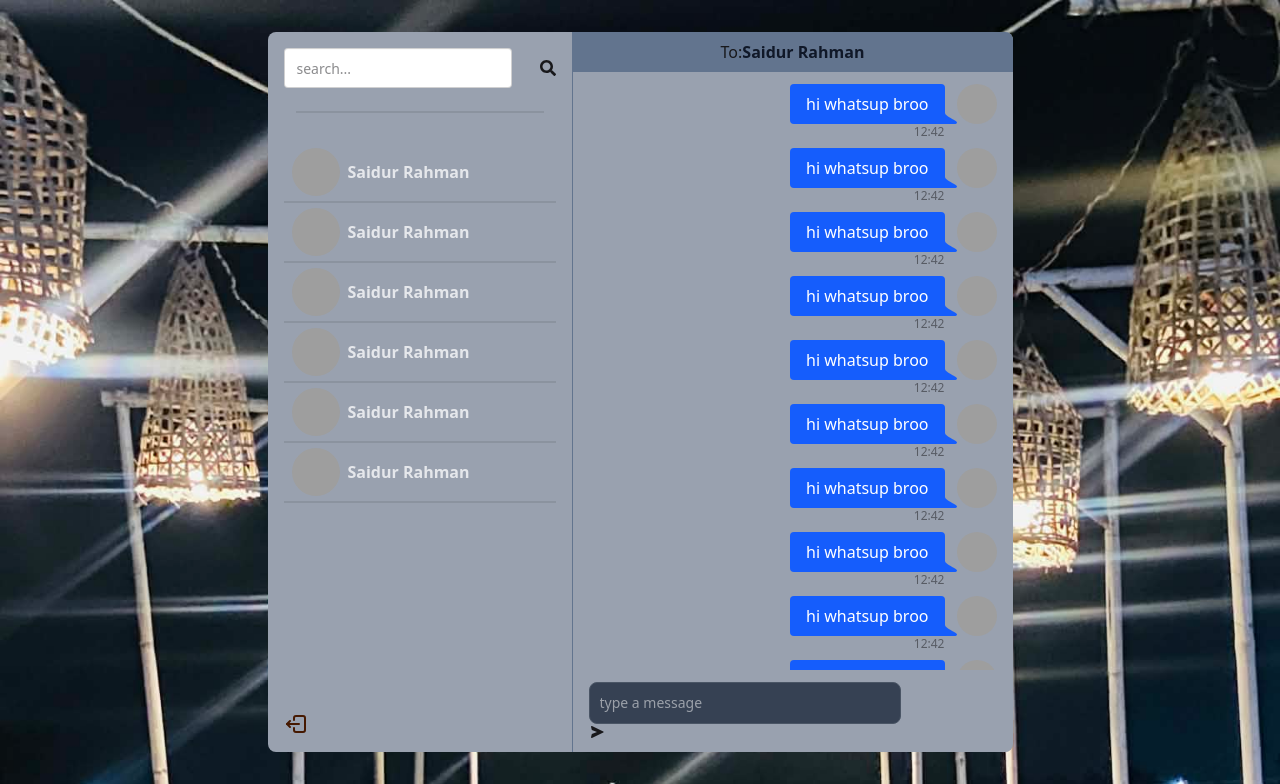
Repository: ridhukhan/chatapp
Page: / (app in frontend/)
These files come from the project's save history. The page is drawn as it stood at one moment and after the next save; the edit follows.
The browser window is 1280 px wide. The pictures show the whole page.
Pictures or frames that could not be fetched are drawn as grey boxes. An inner scrolling area shows only its first screen. Backgrounds fixed to the window are drawn as part of the page. The project was rebuilt for these pictures with package versions that can differ from the ones it lists, and the page was loaded fresh each time. Also part of the build but not shown: frontend/vite.config.js, frontend/src/Pages/login/Login.jsx, frontend/src/Pages/signup/GendarCheckbox.jsx, frontend/src/Pages/signup/SignUp.jsx.

Above is the page before, as saved 2025-12-25 19:16:10.

### frontend/src/index.css
@import "tailwindcss";
@plugin "daisyui";


body{

background-image: url("/bg1.jpeg");
background-repeat: no-repeat;
background-size: cover;
background-position: center;
background-attachment: fixed;
}

### frontend/src/App.jsx

import './App.css'
import Home from './Pages/home/Home'
import Login from './Pages/login/Login'
import SignUp from './Pages/signup/SignUp'

function App() {

  return (
    <div className='p-4 h-screen flex items-center justify-center'>
<Home/>
    </div>
  )
}

export default App

### frontend/src/Pages/home/Home.jsx
import React from 'react'
import Sidebar from '../../Components/sidebar/Sidebar'
import MessageContainer from '../../Components/messages/MessageContainer'

const Home = () => {
  return (
    <div className='bg-gray-400 bg-clip-padding backdrop-filter backdrop-blur-lg bg-opacity-o  flex  rounded-lg overflow-hidden'>




      <Sidebar/>
      <MessageContainer/>
    </div>
  )
}

export default Home

### frontend/src/Components/sidebar/Sidebar.jsx
import React from 'react'
import SearchInput from './SearchInput'
import Conversations from './Conversations'
import Logoutbtn from './Logoutbtn'

const Sidebar = () => {
  return (
    <div className='border-r border-slate-500 p-4 flex flex-col'>
<SearchInput/>
<div  className='divider px-3'></div>
<Conversations/>


<Logoutbtn/>
    </div>
  )
}

export default Sidebar

### frontend/src/Components/messages/MessageContainer.jsx
import React from 'react'
import Messages from './Messages'
import MessageInput from './MessageInput'

const MessageContainer = () => {
  return (
    <div className='md:min-w-110 flex flex-col  h-screen'>


        <>
        <div className='bg-slate-500 px-4 py-2 mb-2'>
            <span className='label-text'>To:</span>
            <span className='text-gray-900 font-bold'>Saidur Rahman</span>
        </div>
        <Messages/>
        <MessageInput/>
        </>
    </div>
  )
}

export default MessageContainer

### frontend/src/Components/sidebar/SearchInput.jsx
import React from 'react'
import { FaSearch } from "react-icons/fa";
const SearchInput = () => {
  return (
    <form className='flex items-center gap-2'>
<input type='text' placeholder='search...' className='input input-bordered rouunded-full'/>
<button type="submit" className='ml-5 btn-circle'><FaSearch /></button>
    </form>
  )
}

export default SearchInput

### frontend/src/Components/sidebar/Conversations.jsx
import React from 'react'
import Conversation from './Conversation'

const Conversations = () => {
  return (
    <div className='py-2 flex flex-col overflow-auto'>

<Conversation/>
<Conversation/>
<Conversation/>
<Conversation/>
<Conversation/>
<Conversation/>


    </div>
  )
}

export default Conversations

### frontend/src/Components/sidebar/Logoutbtn.jsx
import React from 'react'
import { TbLogout2 } from "react-icons/tb";
const Logoutbtn = () => {
  return (
    <div className='mt-auto'>

<TbLogout2 className='w-6 h-6 text-amber-950 cursor-pointer'/>

    </div>
  )
}

export default Logoutbtn

### frontend/src/Components/messages/Messages.jsx
import React from 'react'
import Message from './Message'

const Messages = () => {
  return (
    <div className='  px-4 flex-1 overflow-y-auto'>

<Message/>
<Message/>
<Message/>
<Message/>
<Message/>
<Message/>
<Message/>
<Message/>
<Message/>
<Message/>
<Message/>
<Message/>
<Message/>
<Message/>
<Message/>
<Message/>
<Message/>
<Message/>







    </div>
  )
}

export default Messages

### frontend/src/Components/messages/MessageInput.jsx
import React from 'react'
import { BiSolidSend } from "react-icons/bi";
const MessageInput = () => {
  return (
    <form className='px-4 my-3'>

<div className='w-full'>
<input type="text" className='border text-sm rounded-lg block w-78 p-2.5 bg-gray-700 border-gray-600 text-white'
placeholder='type a message'/>

<button type='submit'className=' flex items-center '>

<BiSolidSend />

</button>
</div>

    </form>
  )
}

export default MessageInput

### frontend/src/Components/sidebar/Conversation.jsx
import React from 'react'

const Conversation = () => {
  return (
    <>
<div className='flex gap-2 items-center hover:bg-sky-500 rounded p-2 py-1 cursor-pointer'>
<div className='avatar online'>
<div className='w-12 rounded-full'>
    <img src="https://cdn0.iconfinder.com/data/icons/communication-line-10/24/account_profile_user_contact_person_avatar_placeholder-512.png" alt="user avater" />
</div>
</div>
<div className='flex flex-col flex-1'>

    <div className='flex gap-3 justify-between'>
        <p className='font-bold text-gray-200'>Saidur Rahman</p>
        <span></span>
    </div>
</div>
</div>
<div className='divider my-0 py-0 h-1'/>


    </>
  )
}

export default Conversation

### frontend/src/Components/messages/Message.jsx
import React from 'react'

const Message = () => {
  return (
    <div className='chat chat-end'>

<div className='chat-image avatar'>
<div className='w-10 rounded-full'>
    <img src="https://cdn0.iconfinder.com/data/icons/communication-line-10/24/account_profile_user_contact_person_avatar_placeholder-512.png" alt="Tailwind css chat bubble component" />


</div>
</div>

    <div  className={'chat-bubble  text-white bg-blue-600'}>hi whatsup broo</div>
    <div  className={'chat-footer opacity-50 text-xs flex gap-1 items-center'}>12:42</div>


</div>
  )
}

export default Message

Loaded but not shown: frontend/index.html (common file); frontend/src/main.jsx (common file); frontend/src/App.css (common file)

After the next save:
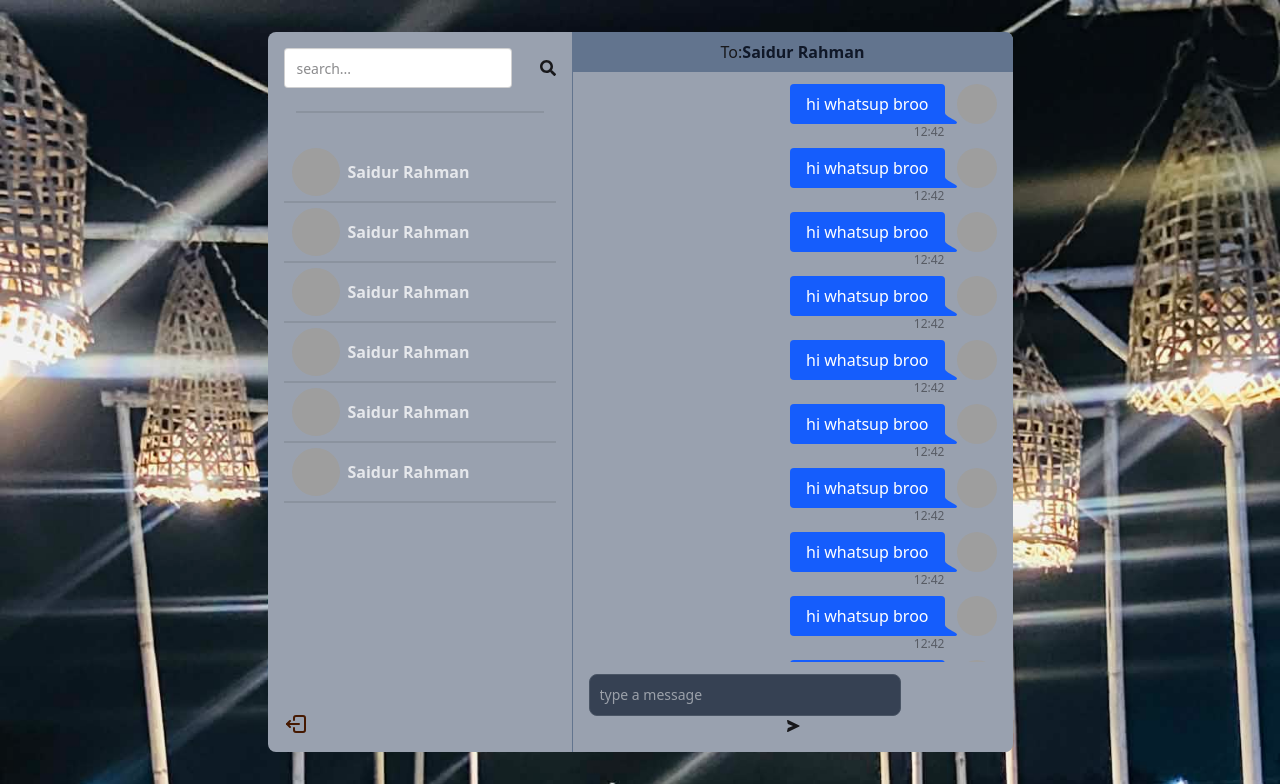
Saved 8 s later.
--- a/frontend/src/Components/messages/MessageInput.jsx
+++ b/frontend/src/Components/messages/MessageInput.jsx
@@ -8,7 +8,7 @@ const MessageInput = () => {
 <input type="text" className='border text-sm rounded-lg block w-78 p-2.5 bg-gray-700 border-gray-600 text-white'
 placeholder='type a message'/>
 
-<button type='submit'className=' flex items-center '>
+<button type='submit'className='  '>
 
 <BiSolidSend />
 
